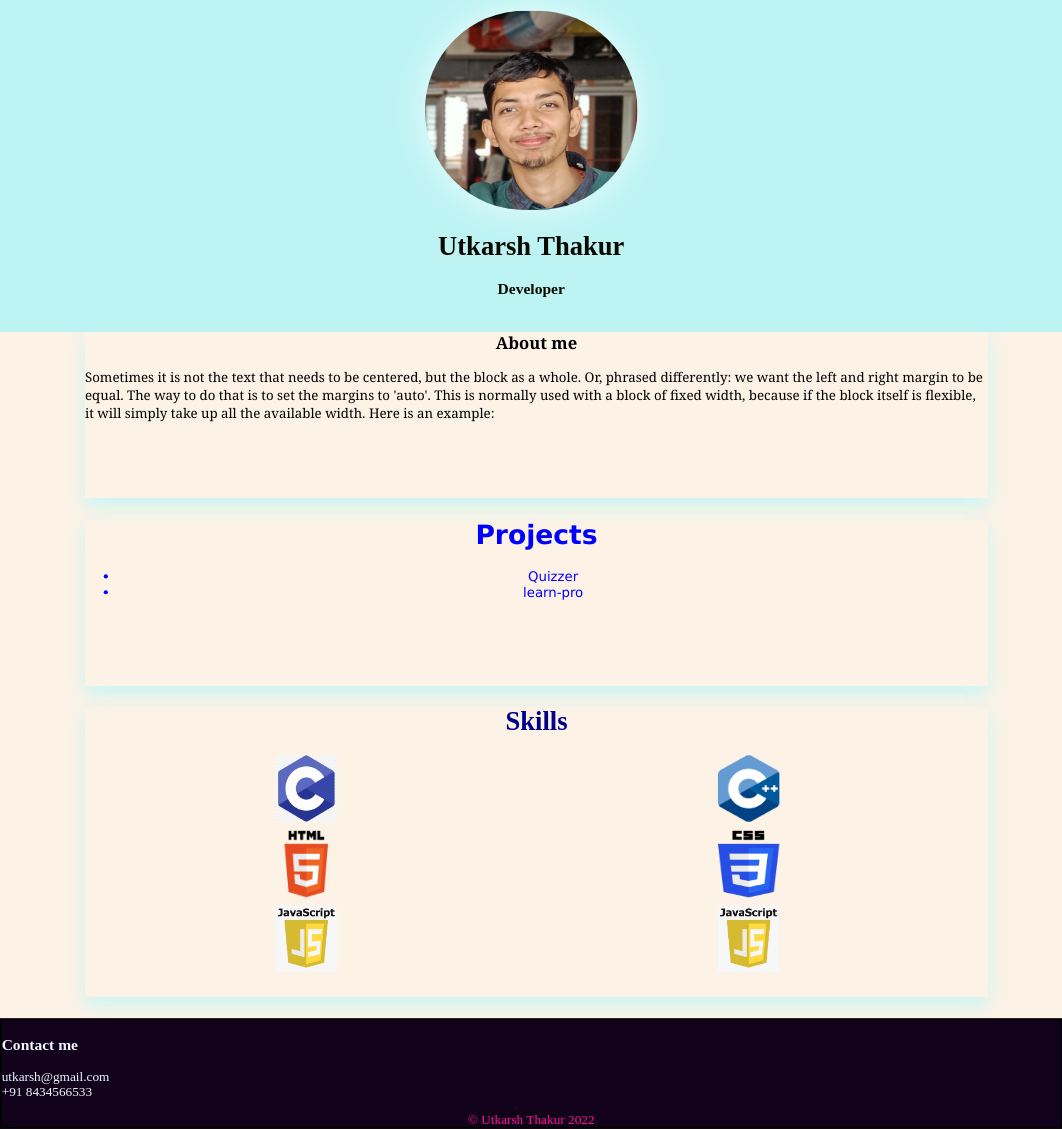
Repository: UtkarshThakur321/Utkarsh-Thakur-Profile
Page: index.html
The author's editor kept a copy of each file at every save. The page is drawn from the files as they stood at one save, then again after the next save.
The browser window is 1280 px wide. The pictures show the whole page, at 83% of full size.

Above is the page before, as saved 2022-01-23 00:12:54.
Not found: main.js

After the next save:
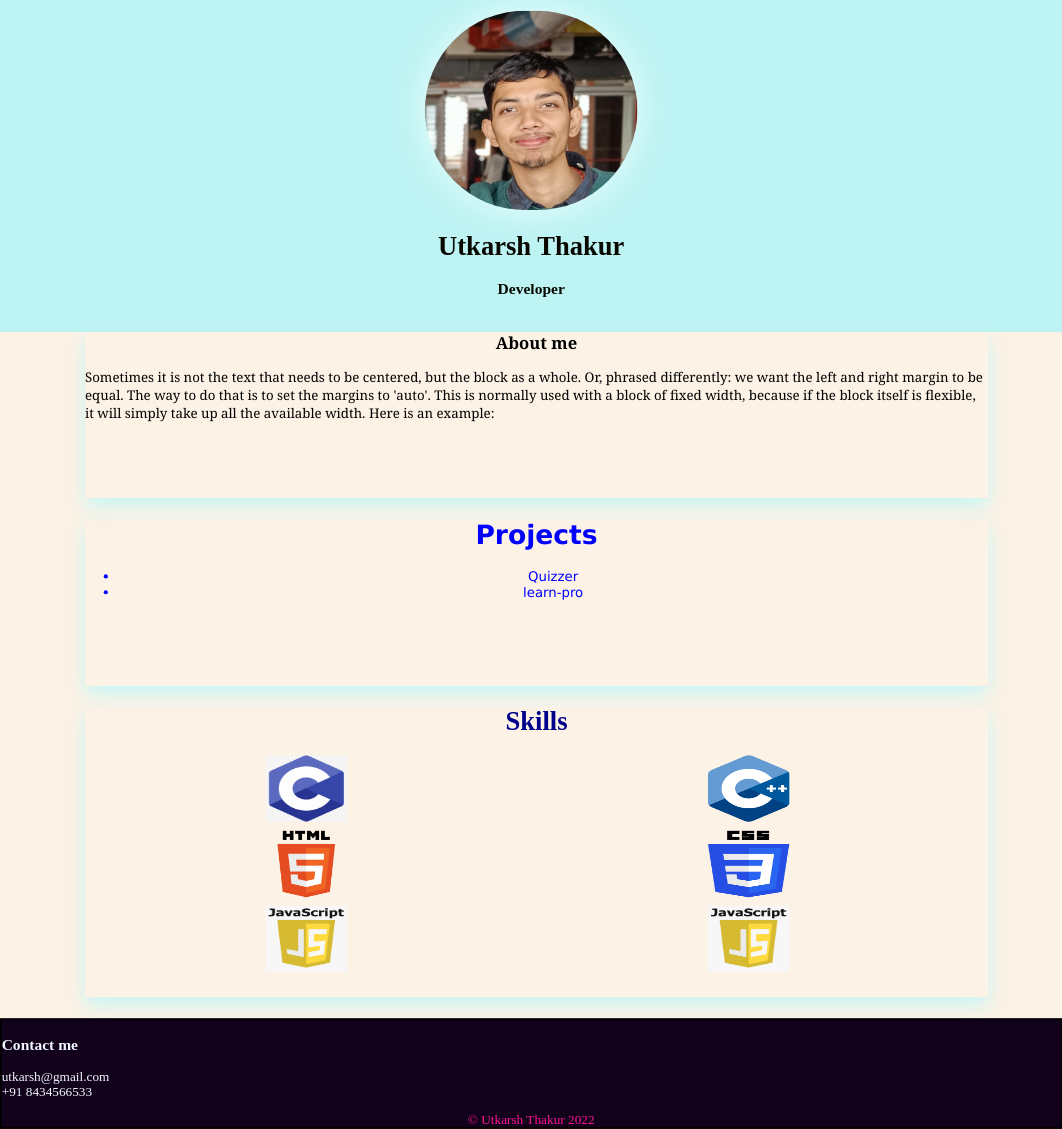
Saved 5 s later.
--- a/index.css
+++ b/index.css
@@ -88,7 +88,7 @@ body{
 }
 .skillsContent>img{
     height:80px;
-    width:15%;
+    width:20%;
 }
 
 
